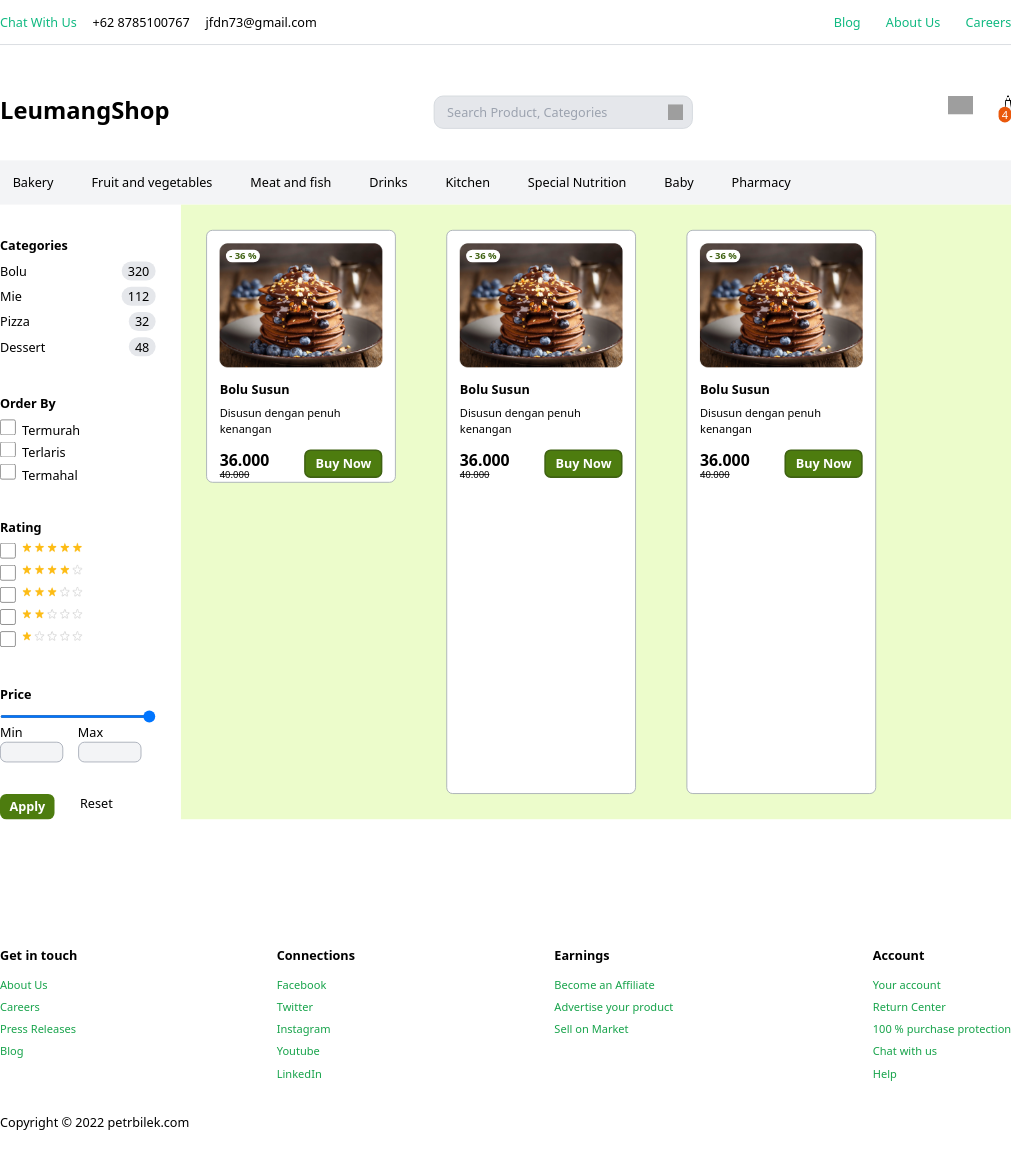
Repository: jafetdn73/ecommerce-tailwind
Page: /
The author's editor kept a copy of each file at every save. The page is drawn from the files as they stood at one save, then again after the next save.
The browser window is 1280 px wide. The pictures show the whole page, at 79% of full size.
Pictures or frames that could not be fetched are drawn as grey boxes. The project was rebuilt for these pictures with package versions that can differ from the ones it lists, and the page was loaded fresh each time. Also part of the build but not shown: src/App.css.

Above is the page before, as saved 2022-03-14 15:33:55.

### src/App.js
import "./App.css";

function App() {
  return (
    <div className="bg-white container mx-auto">
      <div className="flex justify-between py-4 border-b border-gray-300">
        <div className="flex gap-5">
          <a href="http://google.com" className="text-emerald-500">
            Chat With Us
          </a>
          <a href="http://facebook.com">+62 8785100767</a>
          <a href="http://ggogl.com">jfdn73@gmail.com</a>
        </div>

        <div className="">
          <ul className="flex gap-8 text-emerald-500">
            <li>Blog</li>
            <li>About Us</li>
            <li>Careers</li>
          </ul>
        </div>
      </div>

      <div className="flex justify-between mt-16">
        <h1 className="text-3xl font-bold">LeumangShop</h1>
        <div className="flex w-full justify-center items-center">
          <input
            type="text"
            placeholder="Search Product, Categories"
            className="w-1/3 border border-gray-300 bg-gray-200 rounded-xl pl-4 py-2"
          />
          <img src="/images/search-icon.png" alt="search" className="w-5 h-5 -ml-8"/>
        </div>
        <div className="flex gap-10">
          <img src="/images/user-icon.png" alt="user" className="w-8 h-6"/>
          <div className="relative">
            <img src="/images/cart-icon.png" alt="icon" className="w-8 h-6"/>
            <label className="absolute bottom-2 -left-2 bg-orange-600 text-white py-0.25 px-1 rounded-full text-sm">4</label>
          </div>
        </div>
      </div>

      <div className="bg-gray-100 mt-10 py-4 pl-4 text-base font-medium">
        <ul className="flex gap-12">
          <li>Bakery</li>
          <li>Fruit and vegetables</li>
          <li>Meat and fish</li>
          <li>Drinks</li>
          <li>Kitchen</li>
          <li>Special Nutrition</li>
          <li>Baby</li>
          <li>Pharmacy</li>
        </ul>
        </div>

      {/* Container Wrapper */}
      <div className="flex gap-4">
        {/* Side Bar Container */}
        <div className="flex flex-col w-60" >
          {/* Categories Container */}
          <div className="flex flex-col mt-10">
            <h1 className="font-bold text-base mb-2">Categories</h1>
            <ul>
              <div className="flex justify-between">
                <li>Bolu</li><label className="mb-2 bg-gray-200 pl-2 pr-2 rounded-xl">320</label>
              </div>
              <div className="flex justify-between">
                <li>Mie</li><label className="mb-2 bg-gray-200 pl-2 pr-2 rounded-xl">112</label>
              </div>
              <div className="flex justify-between">
                <li>Pizza</li><label className="mb-2 bg-gray-200 pl-2 pr-2 rounded-xl">32</label>
              </div>
              <div className="flex justify-between">
                <li>Dessert</li><label className="mb-2 bg-gray-200 pl-2 pr-2 rounded-xl">48</label>
              </div>
            </ul>
          </div>
          {/* Order By Categories */}
          <div className="flex flex-col mt-10">
            <h1 className="font-bold mb-2">Order By</h1>
           <div>
              <input type="checkbox" className="accent-lime-700 w-5 h-5 mr-2 mb-2"></input>
              <span className="mb-1">Termurah</span>
          </div>
          <div>
            <input type="checkbox"  className="accent-lime-700 w-5 h-5 mr-2 mb-2"></input>
            <label>Terlaris</label>
          </div>
          <div>
            <input type="checkbox"  className="accent-lime-700 w-5 h-5 mr-2 mb-2"></input>
            <label>Termahal</label>
          </div>
          </div>
          {/* Rating Container */}
          <div className="flex flex-col mt-10">
            <h1 className="font-bold mb-2">Rating</h1>
           <div  className="flex">
             <input type="checkbox" className="accent-lime-700 w-5 h-5 mr-2 mb-2">
               </input>
               <div className="flex w-3 h-3 gap-1">
                 <img src="images/rate-star.png" alt="rate-star"/>
                 <img src="images/rate-star.png" alt="rate-star"/>
                 <img src="images/rate-star.png" alt="rate-star"/>
                 <img src="images/rate-star.png" alt="rate-star"/>
                 <img src="images/rate-star.png" alt="rate-star"/>
                 </div>
          </div>
          <div  className="flex">
             <input type="checkbox" className="accent-lime-700 w-5 h-5 mr-2 mb-2">
               </input>
               <div className="flex w-3 h-3 gap-1">
                 <img src="images/rate-star.png" alt="rate-star"/>
                 <img src="images/rate-star.png" alt="rate-star"/>
                 <img src="images/rate-star.png" alt="rate-star"/>
                 <img src="images/rate-star.png" alt="rate-star"/>
                 <img src="images/unrate-star.png" alt="unrate-star"/>
                 </div>
          </div>
          <div  className="flex">
             <input type="checkbox" className="accent-lime-700 w-5 h-5 mr-2 mb-2">
               </input>
               <div className="flex w-3 h-3 gap-1">
                 <img src="images/rate-star.png" alt="rate-star"/>
                 <img src="images/rate-star.png" alt="rate-star"/>
                 <img src="images/rate-star.png" alt="rate-star"/>
                 <img src="images/unrate-star.png" alt="unrate-star"/>
                 <img src="images/unrate-star.png" alt="unrate-star"/>
                 </div>
          </div>
          <div  className="flex">
             <input type="checkbox" className="accent-lime-700 w-5 h-5 mr-2 mb-2">
               </input>
               <div className="flex w-3 h-3 gap-1">
                 <img src="images/rate-star.png" alt="rate-star"/>
                 <img src="images/rate-star.png" alt="rate-star"/>
                 <img src="images/unrate-star.png" alt="unrate-star"/>
                 <img src="images/unrate-star.png" alt="unrate-star"/>
                 <img src="images/unrate-star.png" alt="unrate-star"/>
                 </div>
          </div>
          <div  className="flex">
             <input type="checkbox" className="accent-lime-700 w-5 h-5 mr-2 mb-2">
               </input>
               <div className="flex w-3 h-3 gap-1">
                 <img src="images/rate-star.png" alt="rate-star"/>
                 <img src="images/unrate-star.png" alt="unrate-star"/>
                 <img src="images/unrate-star.png" alt="unrate-star"/>
                 <img src="images/unrate-star.png" alt="unrate-star"/>
                 <img src="images/unrate-star.png" alt="unrate-star"/>
                 </div>
          </div>

          </div>
          {/* Price Container */}
          <div className="flex flex-col mt-10">
          <h1 className="font-bold">Price</h1>
          <div><input
                type="range"
                className="w-full h-1 p-0 bg-gray-200 focus:outline-none focus:ring-0 focus:shadow-sm"
                min="0"
                max="5"
              />
           </div>
           <div className="flex">
             <div className="w-2/4"><label>Min</label><br></br><input className="w-20 bg-gray-100 border border-gray-400 rounded-lg" type="text"/></div>
             <div  className="w-2/4"><label>Max</label><br></br><input className="w-20 bg-gray-100 border border-gray-400 rounded-lg" type="text"/></div>
           </div>
          </div>
          <div className="flex mt-10">
            <button className="py-1 px-3 mr-8 rounded-lg font-bold bg-lime-700 text-white">Apply</button><label>Reset</label></div>
        </div>
        <div className="bg-gray-100">
          <div className="bg-yellow-100">
          </div>
        </div>
        {/* Container Content */}
        <div className="flex flex-wrap bg-lime-100 w-full" >
          <div className="w-60 h-80 m-8 p-4 bg-white border border-gray-400 rounded-lg">
            <div className="flex relative">
              <img src="images/bolu-susun.png" alt="bolu-susun" width="236" height="180"/>
              <label className="text-lime-800 font-bold text-xs ml-2 absolute bottom-26 left-0 bg-white mt-2 mb-2 pl-1 pr-1 rounded-xl">- 36 %</label>
            </div>
            <div>
            <h1 className="font-bold text-base mt-4 mb-2">Bolu Susun</h1>
            <p className="text-sm">Disusun dengan penuh kenangan</p>
            </div>
            <div className="flex justify-between mt-4">
              <div className="flex flex-col">
                <label className="font-bold text-xl">36.000</label>
                <label className="line-through text-xs -mt-1">40.000</label>
              </div>
              <div>
                <button className="py-1 px-3 rounded-lg font-bold border-2 border-lime-800 bg-lime-700 text-white">Buy Now</button>
              </div>
            </div>
          </div>

          <div className="w-60 m-8 p-4 bg-white border border-gray-400 rounded-lg">
            <div className="flex relative">
              <img src="images/bolu-susun.png" alt="bolu-susun" width="236" height="180"/>
              <label className="text-lime-800 font-bold text-xs ml-2 absolute bottom-26 left-0 bg-white mt-2 mb-2 pl-1 pr-1 rounded-xl">- 36 %</label>
            </div>
            <div>
            <h1 className="font-bold text-base mt-4 mb-2">Bolu Susun</h1>
            <p className="text-sm">Disusun dengan penuh kenangan</p>
            </div>
            <div className="flex justify-between mt-4">
              <div className="flex flex-col">
                <label className="font-bold text-xl">36.000</label>
                <label className="line-through text-xs -mt-1">40.000</label>
              </div>
              <div>
                <button className="py-1 px-3 rounded-lg font-bold border-2 border-lime-800 bg-lime-700 text-white">Buy Now</button>
              </div>
            </div>
          </div>

          <div className="w-60 m-8 p-4 bg-white border border-gray-400 rounded-lg">
            <div className="flex relative">
              <img src="images/bolu-susun.png" alt="bolu-susun" width="236" height="180"/>
              <label className="text-lime-800 font-bold text-xs ml-2 absolute bottom-26 left-0 bg-white mt-2 mb-2 pl-1 pr-1 rounded-xl">- 36 %</label>
            </div>
            <div>
            <h1 className="font-bold text-base mt-4 mb-2">Bolu Susun</h1>
            <p className="text-sm">Disusun dengan penuh kenangan</p>
            </div>
            <div className="flex justify-between mt-4">
              <div className="flex flex-col">
                <label className="font-bold text-xl">36.000</label>
                <label className="line-through text-xs -mt-1">40.000</label>
              </div>
              <div>
                <button className="py-1 px-3 rounded-lg font-bold border-2 border-lime-800 bg-lime-700 text-white">Buy Now</button>
              </div>
            </div>
          </div>

        </div>
      </div>

      {/* footer */}
      <div className="flex justify-between mb-8 mt-40">

<div className="">
  <h2 className="font-bold mb-4">Get in touch</h2>
  <ul className="text-sm text-green-600">
    <li className="mb-2">About Us</li>
    <li className="mb-2">Careers</li>
    <li className="mb-2">Press Releases</li>
    <li className="mb-2">Blog</li>
  </ul>
</div>

<div className="">
  <h2 className="font-bold mb-4">Connections</h2>
  <ul className="text-sm text-green-600">
    <li className="mb-2">Facebook</li>
    <li className="mb-2">Twitter</li>
    <li className="mb-2">Instagram</li>
    <li className="mb-2">Youtube</li>
    <li className="mb-2">LinkedIn</li>
  </ul>
</div>

<div className="">
  <h2 className="font-bold mb-4">Earnings</h2>
  <ul className="text-sm text-green-600">
    <li className="mb-2">Become an Affiliate</li>
    <li className="mb-2">Advertise your product</li>
    <li className="mb-2">Sell on Market</li>
  </ul>
</div>

<div className="">
  <h2 className="font-bold mb-4">Account</h2>
  <ul className="text-sm text-green-600">
    <li className="mb-2">Your account</li>
    <li className="mb-2">Return Center</li>
    <li className="mb-2">100 % purchase protection</li>
    <li className="mb-2">Chat with us</li>
    <li className="mb-2">Help</li>
  </ul>
</div>

</div>

{/* copyright */}
<div className="mb-10">
<h4>Copyright &copy; 2022 petrbilek.com</h4>
</div>

    </div>
  );
}

export default App;

Loaded but not shown: public/index.html (common file); src/index.js (common file); src/index.css (common file); src/reportWebVitals.js (common file); tailwind.config.js (common file)

After the next save:
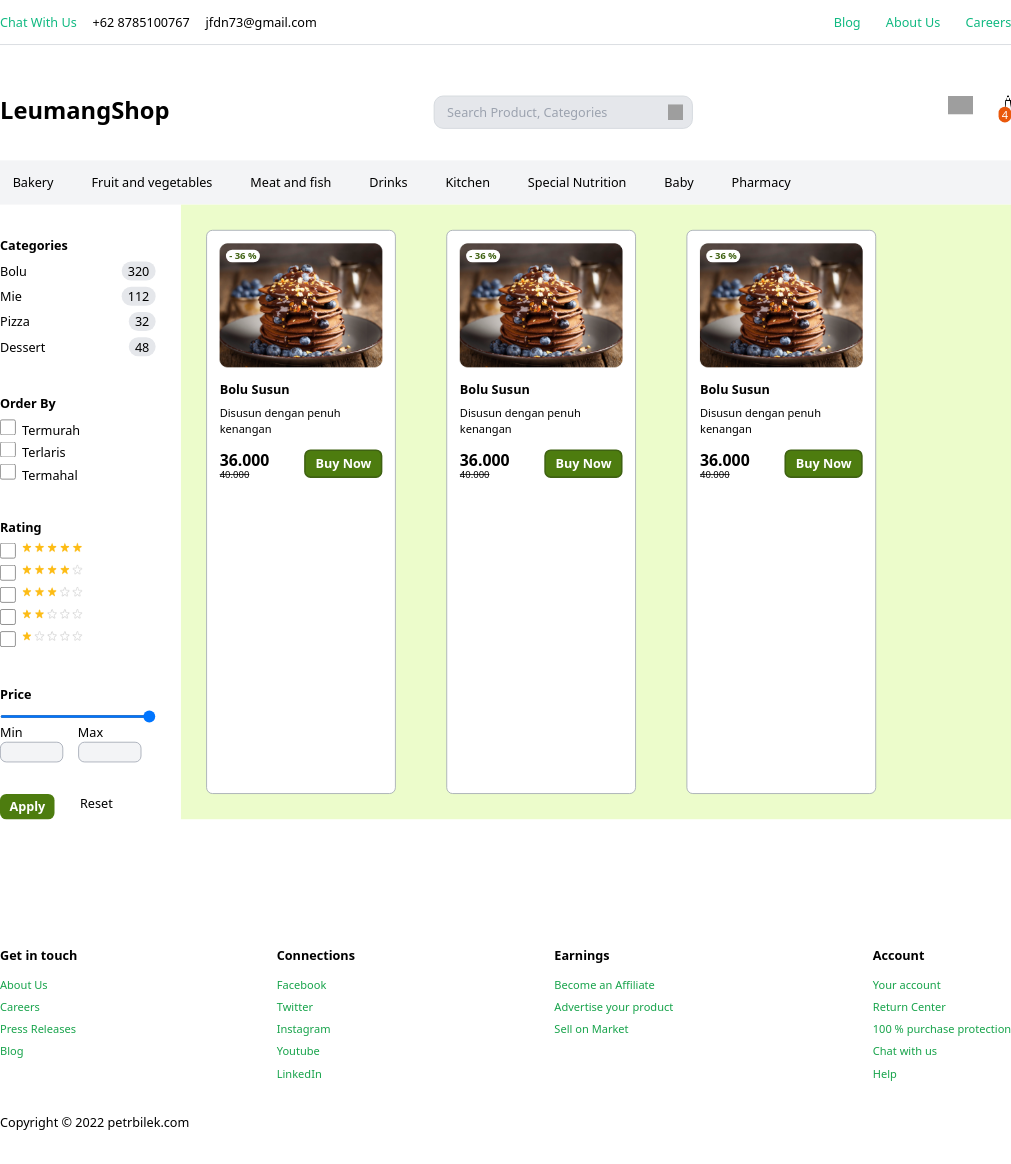
Saved 20 s later.
--- a/src/App.js
+++ b/src/App.js
@@ -175,7 +175,7 @@
         </div>
         {/* Container Content */}
         <div className="flex flex-wrap bg-lime-100 w-full" >
-          <div className="w-60 h-80 m-8 p-4 bg-white border border-gray-400 rounded-lg">
+          <div className="w-60 h-84 m-8 p-4 bg-white border border-gray-400 rounded-lg">
             <div className="flex relative">
               <img src="images/bolu-susun.png" alt="bolu-susun" width="236" height="180"/>
               <label className="text-lime-800 font-bold text-xs ml-2 absolute bottom-26 left-0 bg-white mt-2 mb-2 pl-1 pr-1 rounded-xl">- 36 %</label>

After the save that followed:
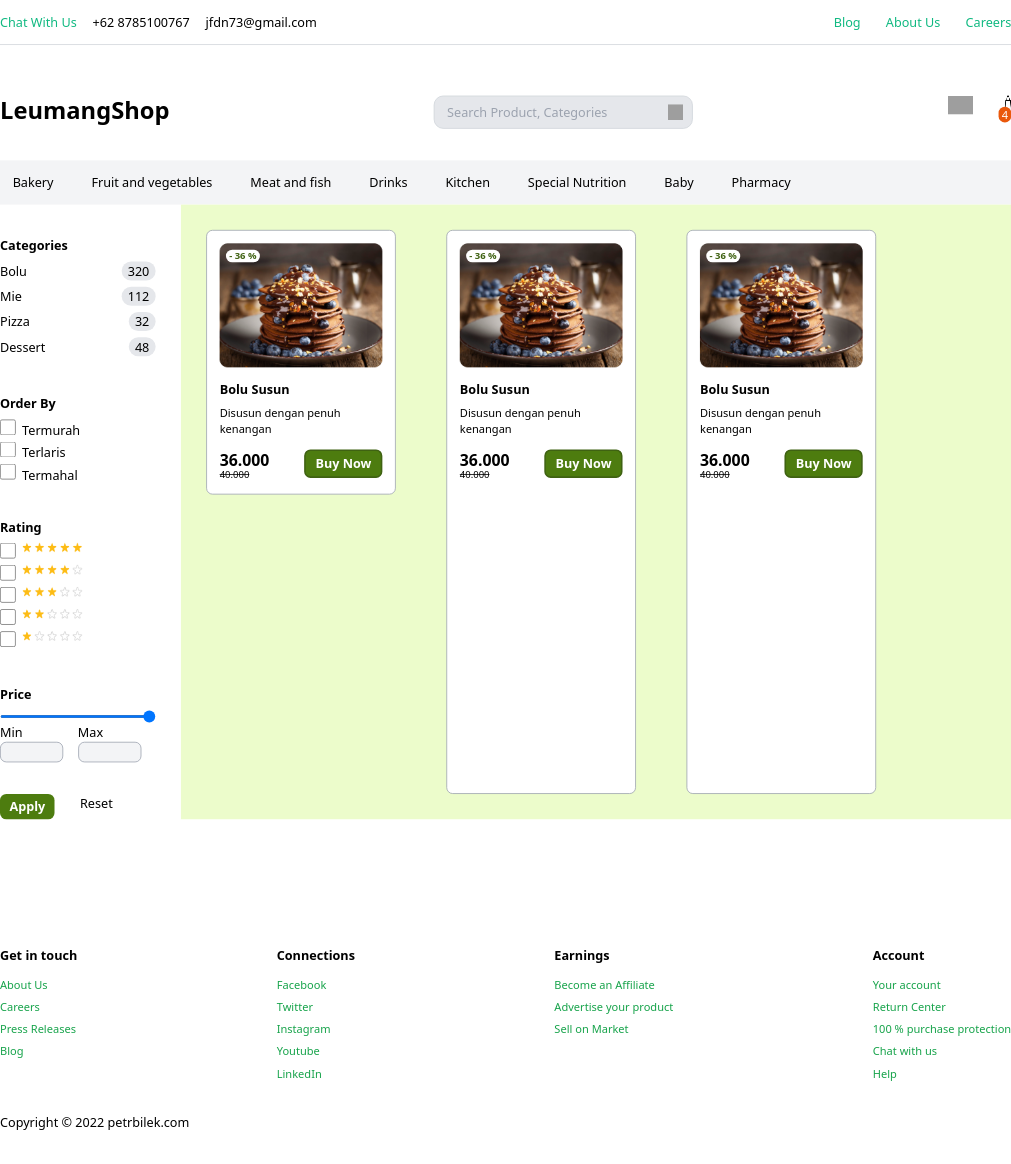
Saved 30 s later.
--- a/src/App.js
+++ b/src/App.js
@@ -175,7 +175,7 @@
         </div>
         {/* Container Content */}
         <div className="flex flex-wrap bg-lime-100 w-full" >
-          <div className="w-60 h-84 m-8 p-4 bg-white border border-gray-400 rounded-lg">
+          <div className="w-60 h-fit m-8 p-4 bg-white border border-gray-400 rounded-lg">
             <div className="flex relative">
               <img src="images/bolu-susun.png" alt="bolu-susun" width="236" height="180"/>
               <label className="text-lime-800 font-bold text-xs ml-2 absolute bottom-26 left-0 bg-white mt-2 mb-2 pl-1 pr-1 rounded-xl">- 36 %</label>
